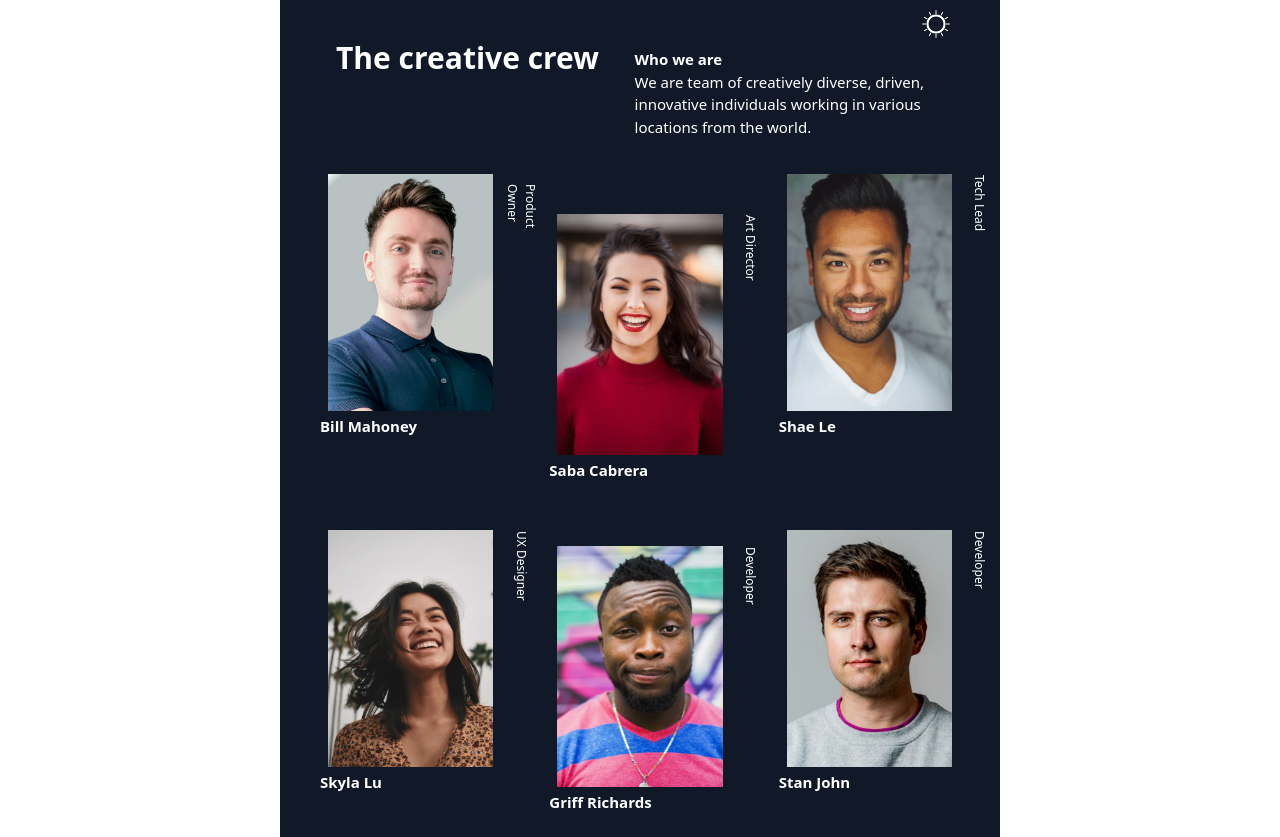
Repository: Alzate1075/Funval-G3-N2
Page: /
An editor plug-in stored every save of this project. The page is shown before and after the next save, followed by the edit.
The browser window is 1280 px wide. The pictures show the whole page.
The project was rebuilt for these pictures with package versions that can differ from the ones it lists, and the page was loaded fresh each time. Also part of the build but not shown: vite.config.js.

Above is the page before, as saved 2025-07-03 11:42:36.

After the next save:
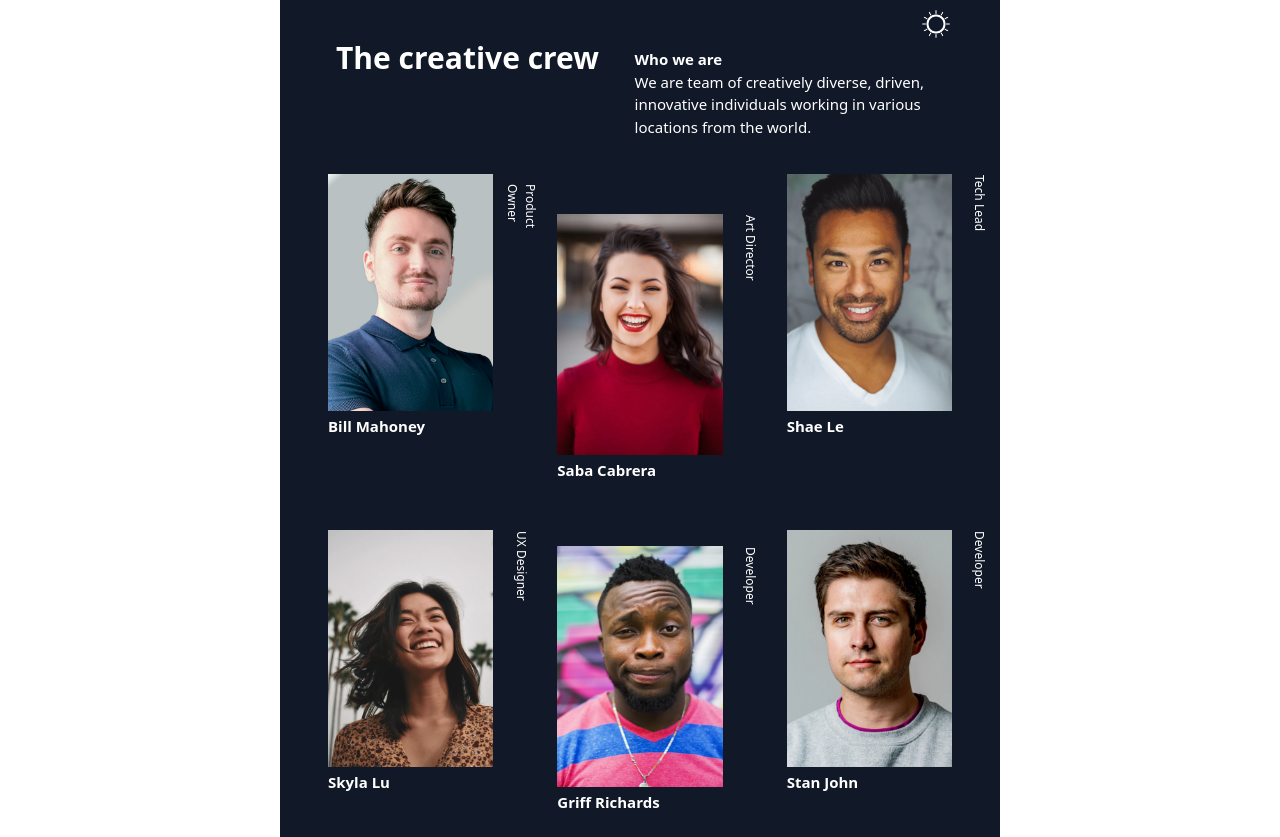
Saved 17 s later.
--- a/src/components/TeamCard.jsx
+++ b/src/components/TeamCard.jsx
@@ -8,7 +8,7 @@
           {props.role}
         </span>
       </div>
-      <div className="md:text-white text-center mt-1 md:flex md:justify-star pl-4">
+      <div className="md:text-white text-center mt-1 md:flex md:justify-star pl-6">
         <h3 className="font-semibold text-[12px] md:text-[15px]">
           {props.name}
         </h3>

After the save that followed:
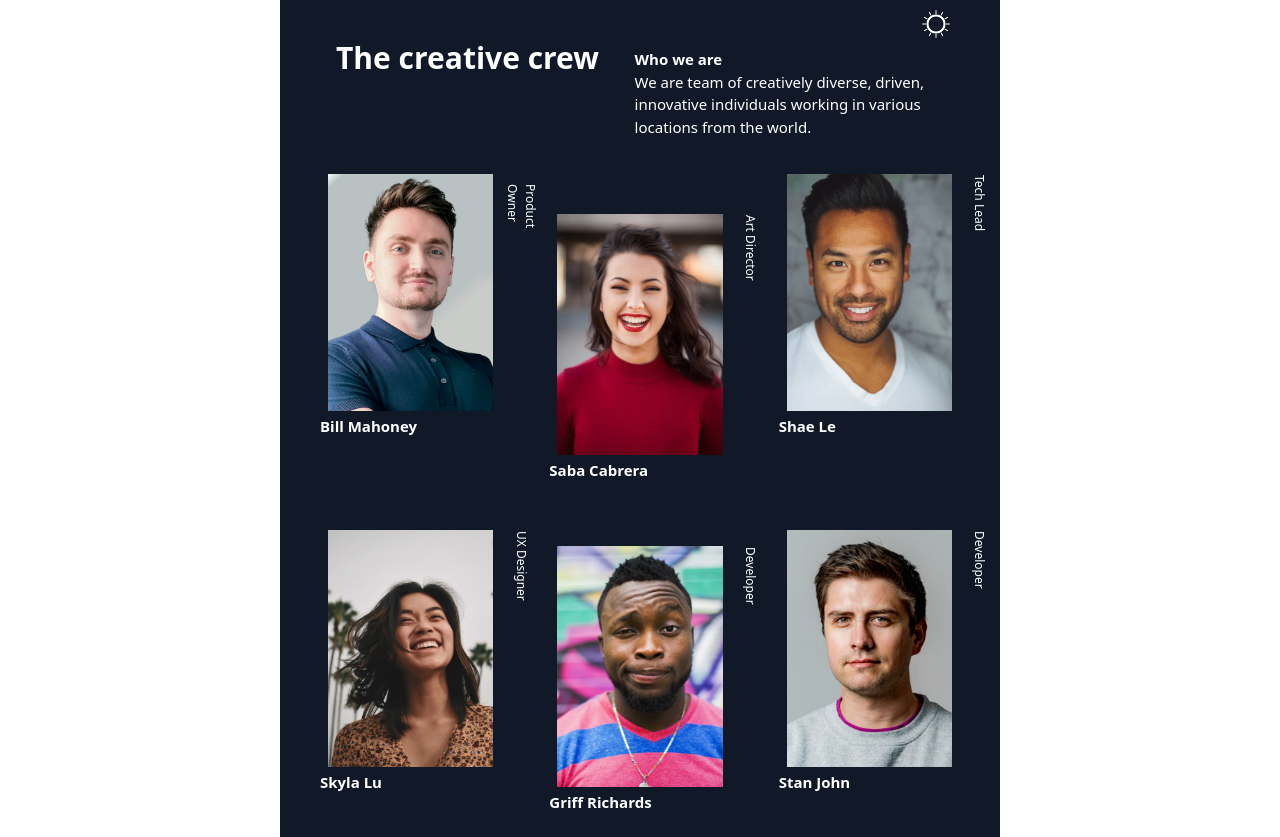
Saved 10 s later.
--- a/src/components/TeamCard.jsx
+++ b/src/components/TeamCard.jsx
@@ -8,7 +8,7 @@
           {props.role}
         </span>
       </div>
-      <div className="md:text-white text-center mt-1 md:flex md:justify-star pl-6">
+      <div className="md:text-white text-center mt-1 md:flex md:justify-star md:pl-4">
         <h3 className="font-semibold text-[12px] md:text-[15px]">
           {props.name}
         </h3>
